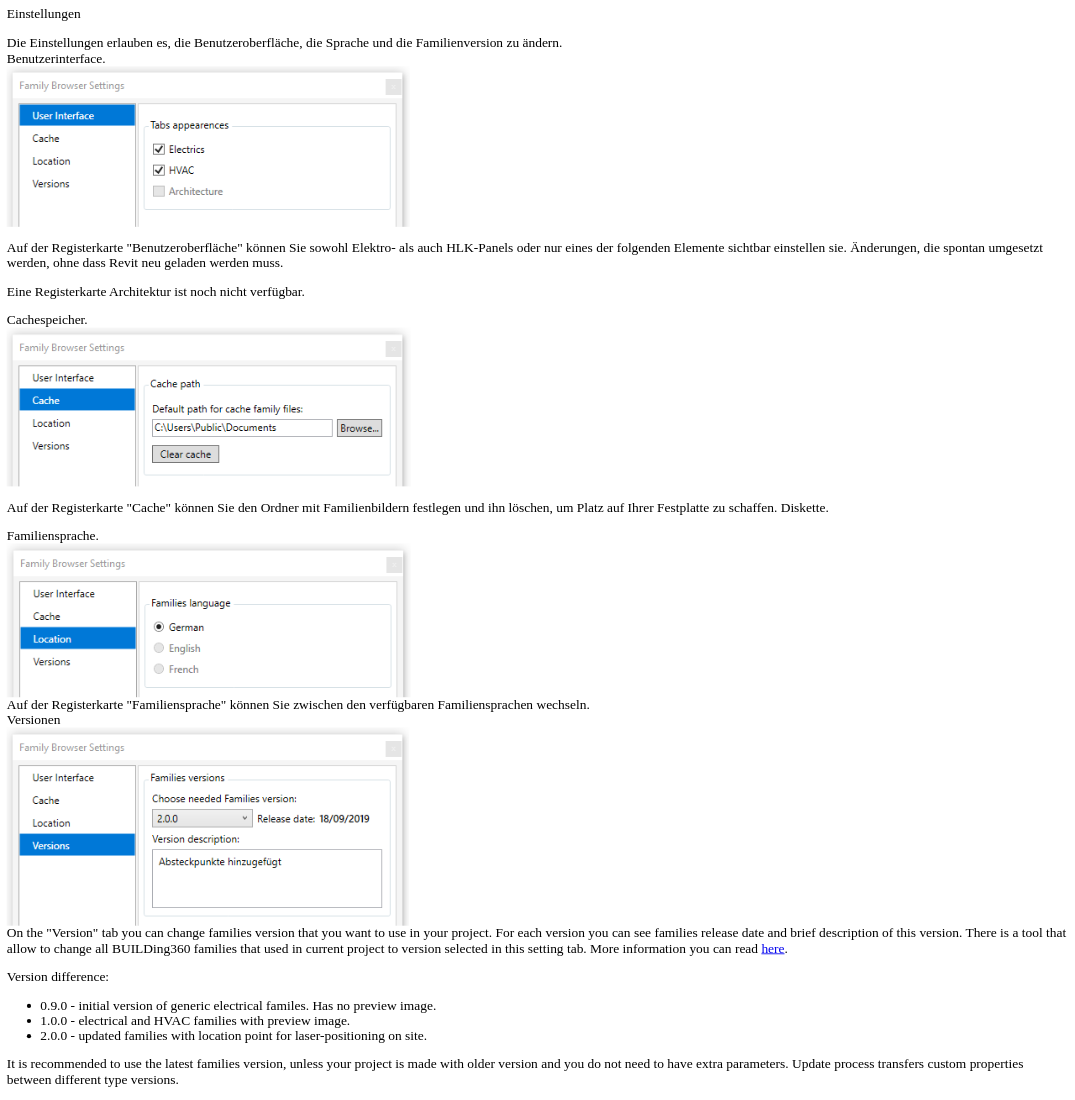
Repository: RomanLavrov/FamilyBrowserUserGuide
Page: http://localhost/FamilyBrowser/application/views/de/settings_view.php
An editor plug-in stored every save of this project. The page is shown before and after the next save, followed by the edit.
The browser window is 1280 px wide. The pictures show the whole page, at 84% of full size.
The page is run by PHP 8.4 with error messages shown; the project is at /var/www/html/.

Above is the page before, as saved 2019-10-24 16:12:14.

After the next save:
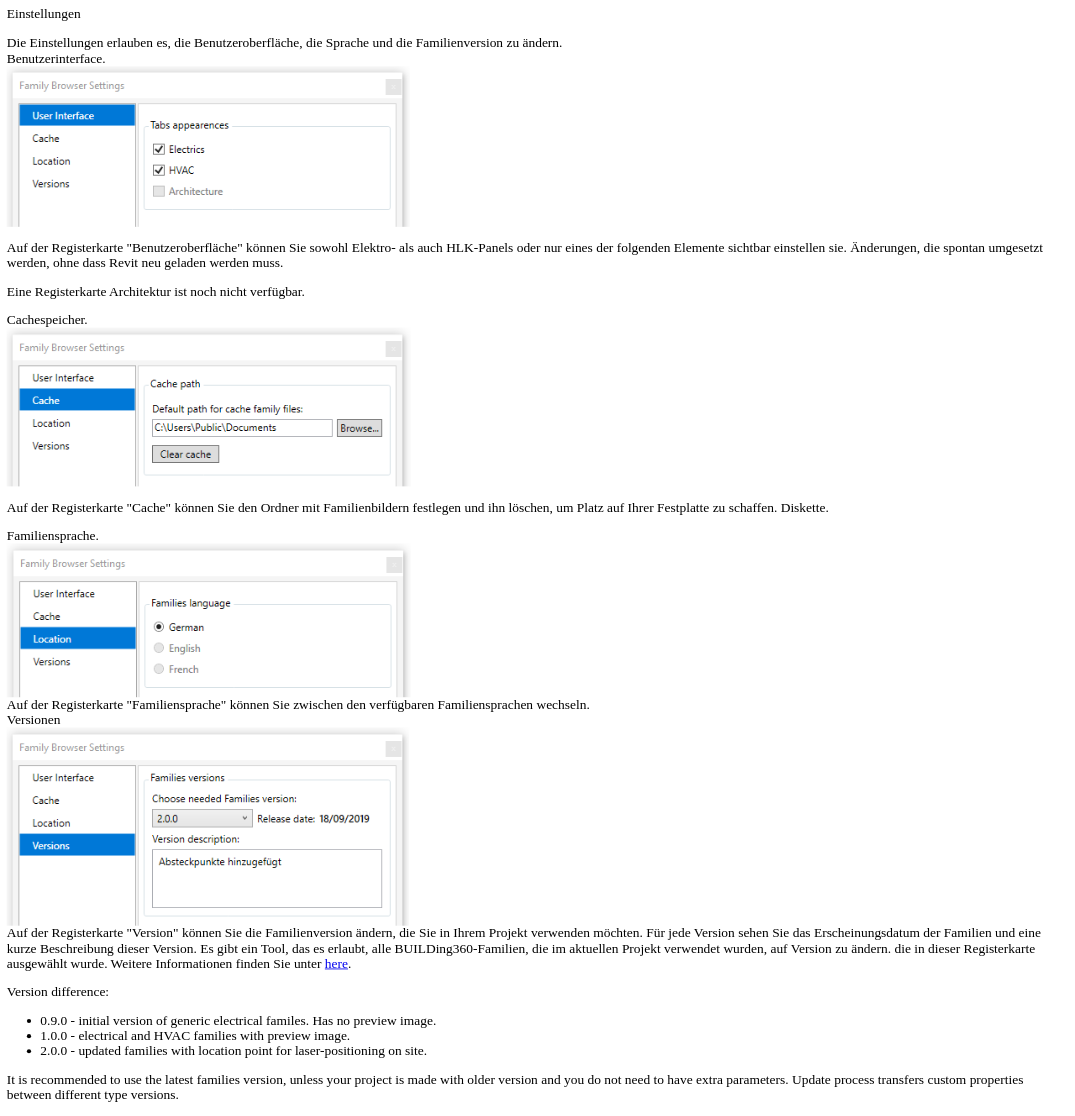
Saved 6 s later.
--- a/FamilyBrowser/application/views/de/settings_view.php
+++ b/FamilyBrowser/application/views/de/settings_view.php
@@ -60,10 +60,10 @@
                         alt="" />
             </div>
             <div class="col-md-5">
-                  On the "Version" tab you can change families version that you want to use in your project.
-                  For each version you can see families release date and brief description of this version.
-                  There is a tool that allow to change all BUILDing360 families that used in current project to version
-                  selected in this setting tab. More information you can read <a
+            Auf der Registerkarte "Version" können Sie die Familienversion ändern, die Sie in Ihrem Projekt verwenden möchten.
+                  Für jede Version sehen Sie das Erscheinungsdatum der Familien und eine kurze Beschreibung dieser Version.
+                  Es gibt ein Tool, das es erlaubt, alle BUILDing360-Familien, die im aktuellen Projekt verwendet wurden, auf Version zu ändern.
+                  die in dieser Registerkarte ausgewählt wurde. Weitere Informationen finden Sie unter <a
                         href="/FamilyBrowser/en/Update">here</a>.
                   <p>
                         Version difference:
